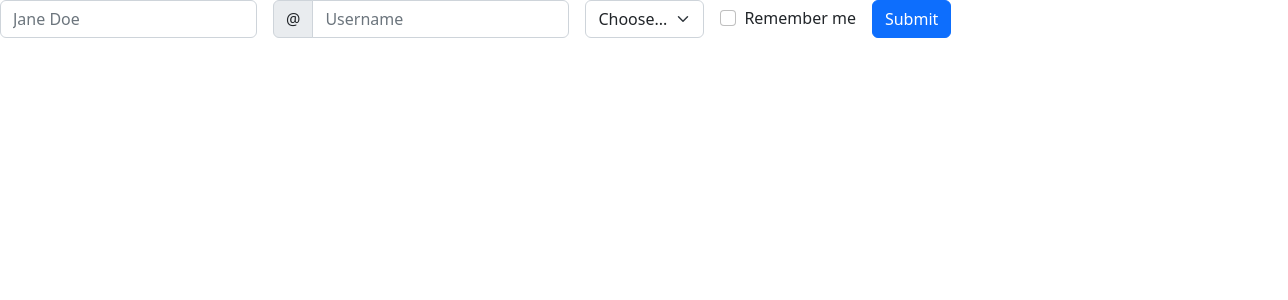
Repository: JuniorMagalhaesDeAlcantara/Fale-Mais
Page: falemais/src/main/resources/templates/index.html
These files come from the project's save history. The page is drawn as it stood at one moment and after the next save; the edit follows.
The browser window is 1280 px wide. The page is 1288 px wide, so the pictures cover 1288 px, including what lies to the right of the window. The pictures show the whole page.

Above is the page before, as saved 2022-08-03 17:02:22.

### falemais/src/main/resources/templates/index.html
<!DOCTYPE html>
<html lang="pt-br">
<head>
    <meta charset="UTF-8">
    <meta http-equiv="X-UA-Compatible" content="IE=edge">
    <meta name="viewport" content="width=device-width, initial-scale=1.0">

    <!-- CSS only -->
<link href="https://cdn.jsdelivr.net/npm/bootstrap@5.2.0/dist/css/bootstrap.min.css" rel="stylesheet" integrity="sha384-gH2yIJqKdNHPEq0n4Mqa/HGKIhSkIHeL5AyhkYV8i59U5AR6csBvApHHNl/vI1Bx" crossorigin="anonymous">

    <title>Fale Mais</title>
</head>
<body>
    <form class="row gy-2 gx-3 align-items-center">
        <div class="col-auto">
          <label class="visually-hidden" for="autoSizingInput">Name</label>
          <input type="text" class="form-control" id="autoSizingInput" placeholder="Jane Doe">
        </div>
        <div class="col-auto">
          <label class="visually-hidden" for="autoSizingInputGroup">Username</label>
          <div class="input-group">
            <div class="input-group-text">@</div>
            <input type="text" class="form-control" id="autoSizingInputGroup" placeholder="Username">
          </div>
        </div>
        <div class="col-auto">
          <label class="visually-hidden" for="autoSizingSelect">Preference</label>
          <select class="form-select" id="autoSizingSelect">
            <option selected>Choose...</option>
            <option value="1">One</option>
            <option value="2">Two</option>
            <option value="3">Three</option>
          </select>
        </div>
        <div class="col-auto">
          <div class="form-check">
            <input class="form-check-input" type="checkbox" id="autoSizingCheck">
            <label class="form-check-label" for="autoSizingCheck">
              Remember me
            </label>
          </div>
        </div>
        <div class="col-auto">
          <button type="submit" class="btn btn-primary">Submit</button>
        </div>
      </form>
</body>
</html>

After the next save:
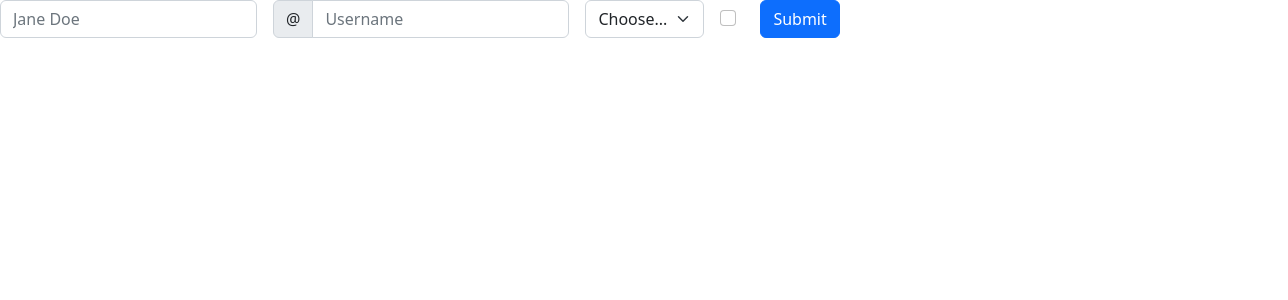
Saved 38 s later.
--- a/falemais/src/main/resources/templates/index.html
+++ b/falemais/src/main/resources/templates/index.html
@@ -36,7 +36,7 @@
           <div class="form-check">
             <input class="form-check-input" type="checkbox" id="autoSizingCheck">
             <label class="form-check-label" for="autoSizingCheck">
-              Remember me
+
             </label>
           </div>
         </div>
